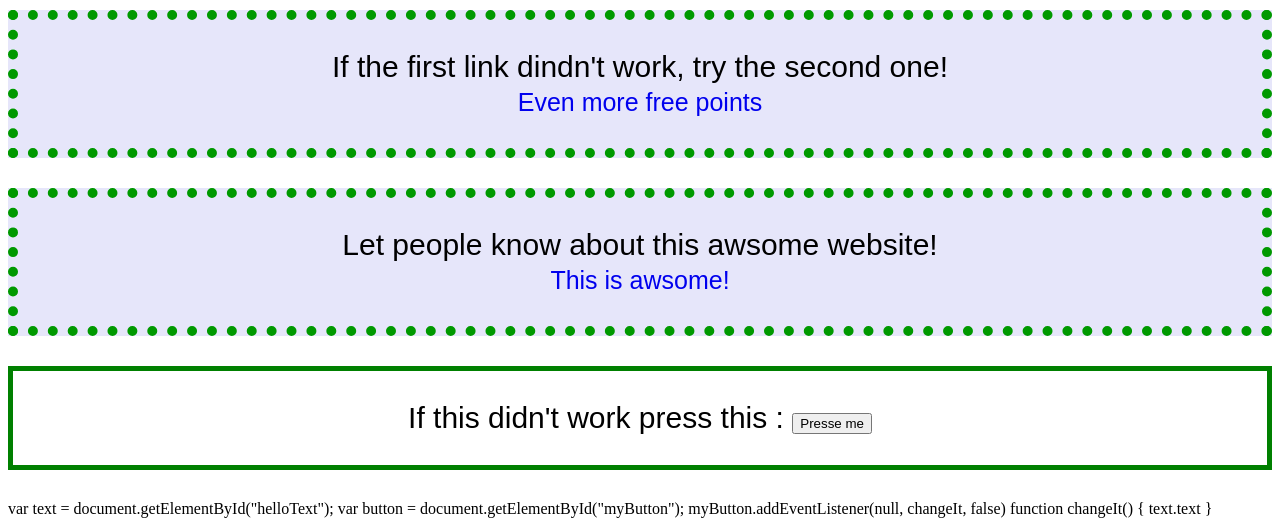
Repository: CountryFalls/POEfansite
Page: index.html
The author's editor kept a record of every edit. The page is drawn from the files as they stood at one moment, then again after the next edit.
The browser window is 1280 px wide. The pictures show the part of the page from y = 558 to 1102 px (the page is 1084 px tall before and 1102 px after).
A picture or video elsewhere on the page could not be fetched, so the positions and the page height are approximate.

Above is the page before.

### index.html
<!DOCTYPE html>
<html>
<head>
    <title>
        Path of Exile clickbait</title>
        <link rel="stylesheet" type="text/css" href="jacobo/styles.css">
        <style>
p {
    color: Black;
    font-size: 30px;
    border: 5px solid green;
    padding: 30px;
    font-family: Arial;
}

a {
    text-decoration: none;
    font-size: 25px;
}

div {
    text-align: center;
  }

.link-sections {
    background-color: lavender;
    }

.link-sections p {
    border: 10px dotted #009900;
}

.link-section a {
    color : forestgreen;
}
img {
    max-width: 1000px;
}
        </style>
</head>
<body>
    <div>
        <img src="https://cdn.flickeringmyth.com/wp-content/uploads/2017/12/Path-of-Exile-logo.jpg"/>
        <p>
           Hello! Here are some free points for POE mtx.
           <br>
           Just click the link below!
        </p>
         <a href="https://www.pathofexile.com/account/create" target="_blank">Get free points</a>
    </div>
     <div class="link-sections">
        <p>
          If the first link dindn't work, try the second one!
          <br>
                    <a href="http://store.steampowered.com/app/238960/Path_of_Exile" target="_blank">Even more free points</a>
        </p>
    </div>
     <div class="link-sections">
        <p>
           Let people know about this awsome website!
           <br>
            <a href="https://www.reddit.com/r/pathofexile/" target="_blank">This is awsome!</a>
        </p>
    </div>
     </div>
     <div>
        <p id="helloText">If this didn't work press this : <button id="myButton">Presse me</button></p>

    </div>
    <scrip>
        var text = document.getElementById("helloText");
        var button = document.getElementById("myButton");

        myButton.addEventListener(null, changeIt, false)

        function changeIt() {
        text.text
        }
    </scrip>
</body>
</html>

Loaded but not shown: styles.css (no copy from this time; the picture is the same without it)

After the next edit:
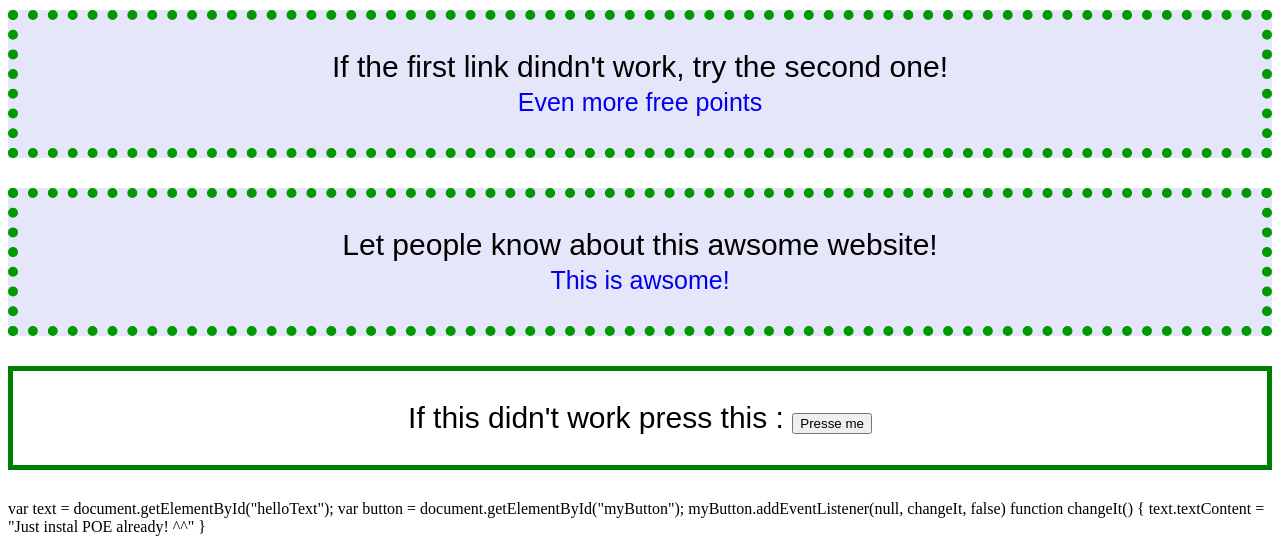
The edit:
--- a/index.html
+++ b/index.html
@@ -74,7 +74,7 @@
         myButton.addEventListener(null, changeIt, false)
 
         function changeIt() {
-        text.text
+        text.textContent = "Just instal POE already! ^^"
         }
     </scrip>
 </body>
